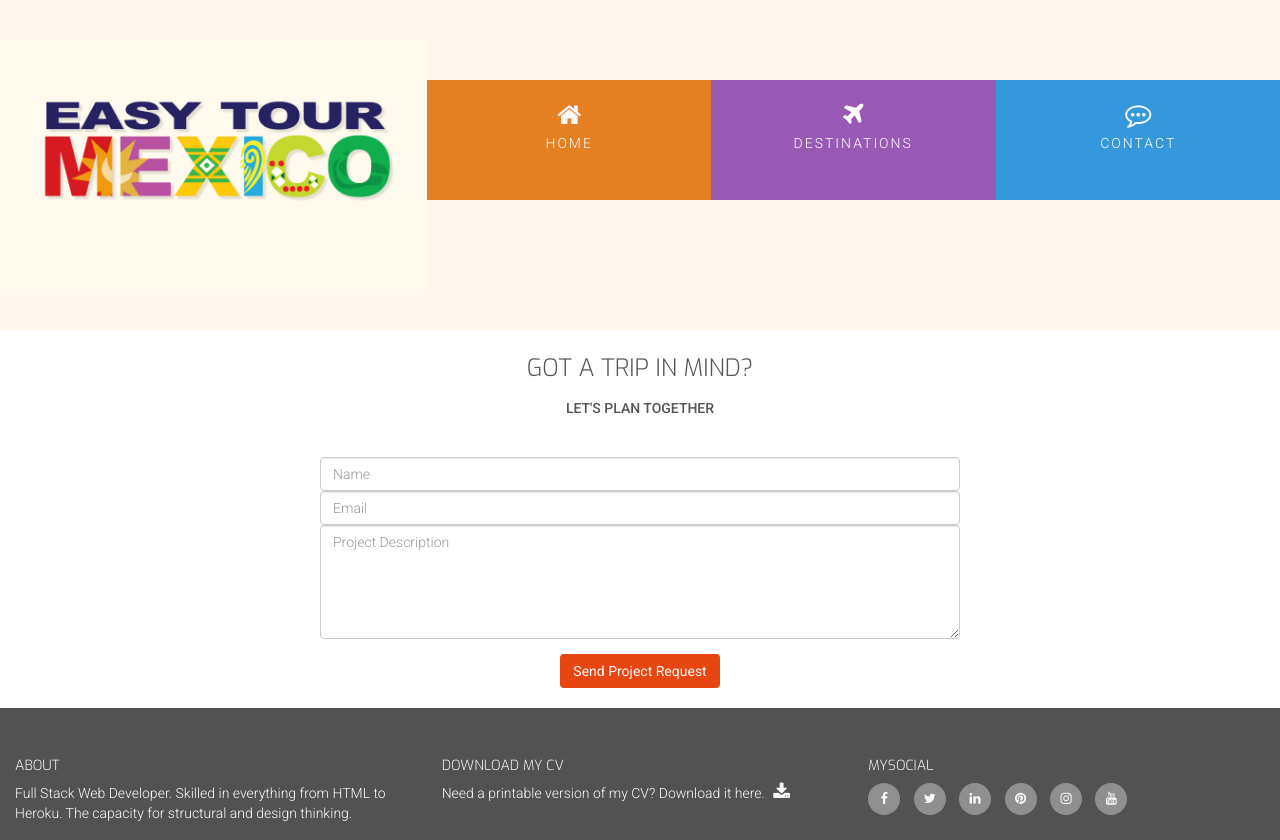
Repository: navegantemx/holiday-destination
Page: contact.html
The author's editor kept a record of every edit. The page is drawn from the files as they stood at one moment, then again after the next edit.
The browser window is 1280 px wide. The pictures show the whole page.
Some web libraries are served in a nearby version.

Above is the page before.
Console error: ReferenceError: emailjs is not defined

### contact.html
<!DOCTYPE html>
<html lang="en">
<head>
    <meta charset="UTF-8">
    <meta name="viewport" content="width=device-width, initial-scale=1.0">
    <meta http-equiv="X-UA-Compatible" content="ie=edge">
    <link rel="stylesheet" href="https://maxcdn.bootstrapcdn.com/bootstrap/3.3.7/css/bootstrap.min.css" type="text/css" />
    <link rel="stylesheet" href="https://maxcdn.bootstrapcdn.com/font-awesome/4.7.0/css/font-awesome.min.css" type="text/css" />
    <link rel="stylesheet" href="https://cdnjs.cloudflare.com/ajax/libs/hover.css/2.1.1/css/hover-min.css" type="text/css" />
    <link rel="stylesheet" href="assets/css/style.css" type="text/css" />
    <title>Holiday Destination - Mexico</title>
    <script type="text/javascript" src="https://cdn.jsdelivr.net/npm/emailjs-com@2.3.2/dist/email.min.js"></script>
    <script type="text/javascript">
        (function() {
            emailjs.init("user_2GIbzx1TMCLkqzR8gHQ3P");
        })();
    </script>
</head>
<body>
    <header class="container-fluid">
        <div class="row">
            <a href="index.html">
                <div class="col-md-4 logo"></div>
            </a>
            <div class="col-md-8">
                <div class="row">
                    <ul id="nav" class="list-inline clearfix">
                        <li class="col-xs-6 col-sm-4 ui-menu-color-home menuitem">
                            <a href="index.html" class="hvr-sweep-to-bottom"><i class="fa fa-home" aria-hidden="true"></i><span>Home</span></a>
                        </li>
                        <li class="col-xs-6 col-sm-4 ui-menu-color-resume menuitem">
                            <a href="resume.html" class="hvr-sweep-to-bottom"><i class="fa fa-plane" aria-hidden="true"></i><span>Destinations</span></a>
                        </li>
                        <li class="col-xs-6 col-sm-4 ui-menu-color-contact menuitem">
                            <a href="contact.html" class="hvr-sweep-to-bottom"><i class=" fa fa-commenting-o" aria-hidden="true"></i><span>Contact</span></a>
                        </li>
                    </ul>
                </div>
            </div>
        </div>
    </header>
    <section class="container-fluid ">
        <div class="row bg-color-contact">
            <div>
                <h3 class="contact-heading uppercase text-center">Got a Trip in mind?</h3>
                <h5 class="uppercase text-center">Let's plan together</h5>
            </div>
            <div class="center-form">
                <form onsubmit="return sendMail(this);">
                    <input type="text" name="name" class="form-control" id="fullname" placeholder="Name" required/>
                    <input type="text" name="emailaddress" class="form-control" id="emailaddress" placeholder="Email" required/>
                    <textarea rows="5" name="projectsummary" class="form-control" id="projectsummary" placeholder="Project Description" required></textarea>
                    <button type="submit" class="btn btn-secondary center-block">Send Project Request</button>
                </form>
            </div>
        </div>
    </section>
    <footer class="container-fluid ">
        <div id="footer-details " class="row ">
            <div class="col-sm-4 ">
                <h5 class="uppercase general-sub ">About</h5>
                <p class="inline-block ">
                    Full Stack Web Developer. Skilled in everything from HTML to Heroku. The capacity for structural and design thinking.
                </p>
            </div>
            <div class="col-sm-4 ">
                <h5 class="uppercase general-sub ">Download My CV</h5>
                <p class="inline-block ">
                    Need a printable version of my CV? Download it here.
                    <a href="assets/cv/sample-cv.pdf" target="_blank" class="cv-pdf "><i class="fa fa-download " aria-hidden="true "></i></a>
                </p>
            </div>
            <div class="col-sm-4 ">
                <h5 class="uppercase general-sub ">MySocial</h5>
                <ul class="list-inline social-links ">
                    <li><a target="_blank " href="# "><i class="fa fa-facebook "></i></a></li>
                    <li><a target="_blank " href="# "><i class="fa fa-twitter "></i></a></li>
                    <li><a target="_blank " href="# "><i class="fa fa-linkedin "></i></a></li>
                    <li><a target="_blank " href="# "><i class="fa fa-pinterest "></i></a></li>
                    <li><a target="_blank " href="# "><i class="fa fa-instagram "></i></a></li>
                    <li><a target="_blank " href="# "><i class="fa fa-youtube "></i></a></li>
                </ul>
            </div>
        </div>
    </footer>
    <script src="assets/js/sendEmail.js"></script>
</body>
</html>

### assets/css/style.css
@import url('https://fonts.googleapis.com/css?family=Roboto:100,200,300,400,500,600,700|Exo:100,200,300,400,500,600,700');

/*--------------------------------------------Colors*/

.bg-color-name-title {
    background-color: #676767;
}

.bg-color-three-reasons {
    background-color: #ffffff;
}

.bg-color-personal-info {
    background-color: #f4f4f4;
}

.bg-color-skills {
    background-color: #ffffff;
}

.bg-color-work-history {
    background-color: #9b59b6;
}

.bg-color-contact {
    background-color: #ffffff;
}

.bg-color-conferences {
    background-color: #f4f4f4;
}

.bg-color-groups {
    background-color: #ffffff;
}

.ui-menu-color-home {
    background-color: #e67e22;
}

.ui-menu-color-resume {
    background-color: #9b59b6;
}

.ui-menu-color-contact {
    background-color: #3498db;
}

.ui-menu-color-download {
    background-color: #d9a81d;
}


.ui-menu-color-github {
    background-color: #1c4a6c;
}

.ui-menu-color-interests {
    background-color: #e74c3c;
}




body {
    font-family: Roboto, sans-serif;
    font-weight: 300;
    background-color: #FFF6EE;
    color: #555555;
}


/*--------------------------------------------Special Paddings/Margins/Text*/

h1,
h2,
h3,
h4 {
    margin: 0;
}

.uppercase {
    text-transform: uppercase;
}

.general-sub {
    font-family: "Exo", sans-serif;
    font-weight: 300;
    color: #fafafa;
}

.inline-block {
    display: inline-block;
}


.row-table {
    display: table;
}

.history-heading,
.section-heading {
    font-family: "Exo", sans-serif;
    font-weight: 300;
    margin-top: 25px;
    margin-bottom: 40px;
}


/*--------------------------------------------Heading*/

header {
    margin: 0;
}

.heading {
    margin-left: 50px;
}

.row {
    margin-right: -15px;
    margin-left: -15px;
    margin-top: 40px;
}

.logo {
    background: url("../images/mexico.jpg");
    background-position: center;
    background-repeat: no-repeat;
    background-size: cover;
    min-height: 250px;
    transition: all .5s ease-in-out;
    -moz-transition: all .5s ease-in-out;
    -webkit-transition: all .5s ease-in-out;
}

.name {
    font-family: "Exo", sans-serif;
    font-weight: 100;
    font-size: 46px;
    margin-top: 50px;
    color: #ffffff;
}

.title {
    font-family: "Roboto", sans-serif;
    font-weight: 200;
    font-size: 28px;
    margin-top: 20px;
    margin-bottom: 90px;
    color: #ffffff;
}

#nav {
    margin: 0;
}

#nav li {
    padding: 0;
}

.menuitem {
    height: 120px;
    text-align: center;
    padding: 0;
}

.menuitem a {
    width: 100%;
    text-decoration: none;
    color: #ffffff;
    height: 120px;
}


.menuitem a i {
    padding-top: 22px;
    display: block;
    color: #fafafa;
    font-size: 26px;
}

.menuitem span {
    display: block;
    width: 100%;
    padding-top: 5px;
    text-align: center;
    text-transform: uppercase;
    font-size: 14px;
    font-weight: 300;
    letter-spacing: 2px;
}


/*--------------------------------------------Hover.css*/

.hvr-sweep-to-bottom:before {
    background: rgba(0, 0, 0, 0.2);
    height: 120px;
}


/*--------------------------------------------Footer*/

footer {
    background-color: #525252;
    color: #fafafa;
    min-height: 120px;
    margin: 0;
}

footer .cv-pdf i {
    color: #fafafa;
    text-align: center;
    font-size: 18px;
    padding-left: 5px;
}

footer .cv-pdf i:hover {
    color: #e84610;
    transition: all 0.35s ease-in-out;
    -moz-transition: all 0.35s ease-in-out;
    -webkit-transition: all 0.35s ease-in-out;
    -o-transition: all 0.35s ease-in-out;
}

.social-links {
    padding-bottom: 15px;
}

.social-links li a i {
    width: 32px;
    height: 32px;
    padding: 12px 0;
    border-radius: 50%;
    font-size: 13px;
    line-height: 7px;
    text-align: center;
    color: #fafafa;
    background: #8f8f8f;
    transition: all 0.35s ease-in-out;
    -moz-transition: all 0.35s ease-in-out;
    -webkit-transition: all 0.35s ease-in-out;
    -o-transition: all 0.35s ease-in-out;
}

.social-links li a i:hover {
    background: #e84610;
}

#footer-details {
    margin: 20px;
}

/*--------------------------------------------Three Reasons*/

.three-reasons-icon {
    font-size: 26px;
    color: #e67e22;
}

.three-reasons-heading {
    margin-bottom: 15px;
}

/*--------------------------------------------Personal Info*/

.personal-info-item {
    margin-bottom: 20px;
    display: block;
    clear: both;
}

.personal-info-item .key,
.personal-info-item .value {
    padding-right: 8px;
}

.personal-info-item .key p,
.personal-info-item .value p {
    margin: 0;
}

.personal-info-item .key {
    display: inline-block;
    width: 30%;
    margin-right: 21px;
    padding-top: 2px;
    vertical-align: top;
}

.personal-info-item .key p {
    font-weight: 700;
}

.personal-info-item .value {
    display: inline-block;
    position: relative;
    width: 60%;
}

/*--------------------------------------------Skills*/

.progress {
    position: relative;
    height: 25px;
}

.progress-type {
    position: absolute;
    left: 0px;
    font-weight: 400;
    padding: 3px 30px 2px 10px;
    color: #fafafa;
    background-color: rgba(25, 25, 25, 0.2);
}


.progress-section {
    margin: 40px 20px;
}


/*--------------------------------------------Work History*/

.timeline-item {
    padding: 4em 2em 0em 2em;
    position: relative;
    color: #fafafa;
    border-left: 1px solid;
}

.timeline-item p {
    padding: 0;
    margin: 0;
}

.timeline-item::before {
    content: attr(data-dates);
    position: absolute;
    left: 2.5em;
    top: 3em;
    display: block;
    font-family: "Exo", sans-serif;
    font-weight: 500;
    font-size: .8em;
    padding: 0;
    margin: 0;
}

.timeline-item::after {
    width: 12px;
    height: 12px;
    display: block;
    top: 2.4em;
    position: absolute;
    left: -6px;
    border-radius: 12px;
    content: '';
    background: #fafafa;
}

.history-heading {
    color: #fafafa;
    margin-bottom: 50px;
}

.history-items {
    margin-bottom: 30px;
}

/*--------------------------------------------Contact*/

.contact-heading {
    font-family: "Exo", sans-serif;
    font-weight: 300;
    margin-top: 25px;
    margin-bottom: 20px;
}


.center-form {
    padding-top: 10px;
    margin: 0 auto;
    max-width: 70%;
}

button[type="submit"] {
    margin-top: 15px;
    margin-bottom: 20px;
    background-color: #e84610;
    color: #fafafa;
}

/*--------------------------------------------Map*/
div#map {
    min-height: 360px;
}

/*--------------------------------------------Media Queries*/

@media(min-width: 992px) {
    .section-column {
        padding: 0 0 0;
        float: none;
        display: table-cell;
    }

    .center-form {
        padding-top: 30px;
        min-height: 240px;
        margin: 0 auto;
        max-width: 50%;
    }
}

Loaded but not shown: assets/js/sendEmail.js (no copy from this time; the picture is the same without it)

After the next edit:
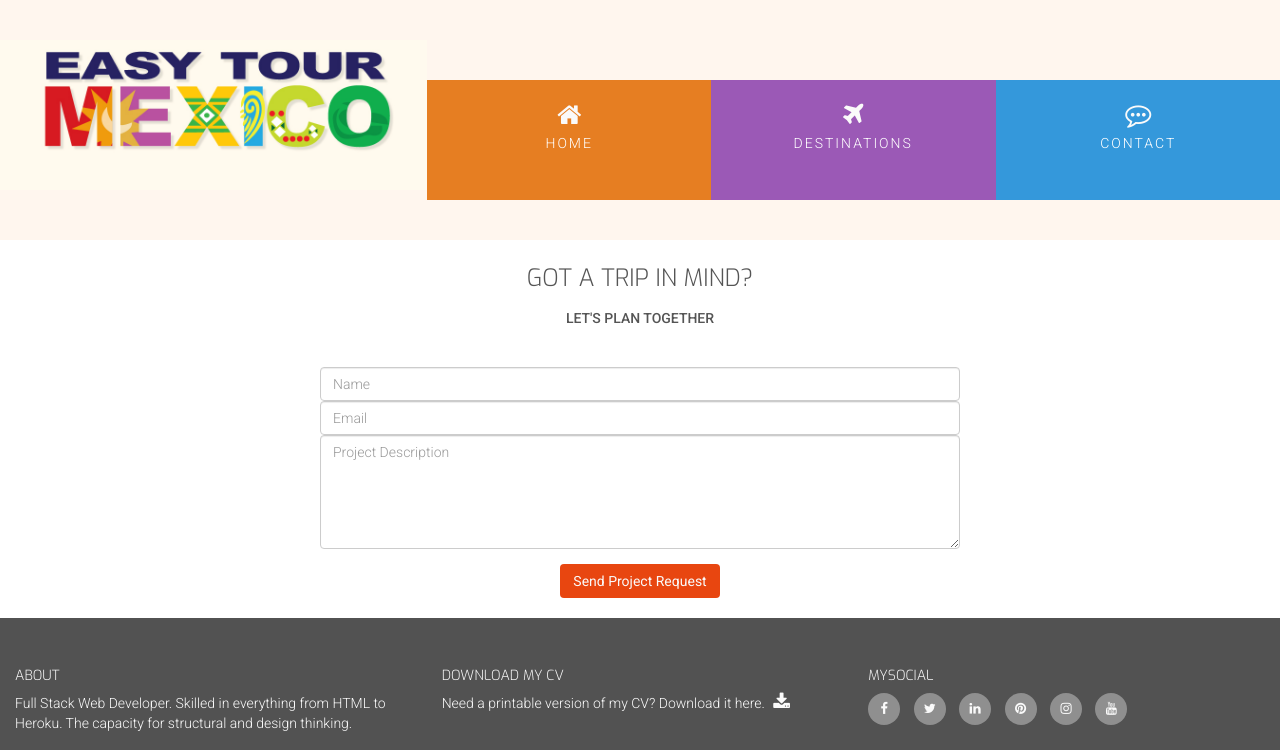
The edit:
--- a/assets/css/style.css
+++ b/assets/css/style.css
@@ -128,7 +128,7 @@
     background-position: center;
     background-repeat: no-repeat;
     background-size: cover;
-    min-height: 250px;
+    min-height: 150px;
     transition: all .5s ease-in-out;
     -moz-transition: all .5s ease-in-out;
     -webkit-transition: all .5s ease-in-out;
